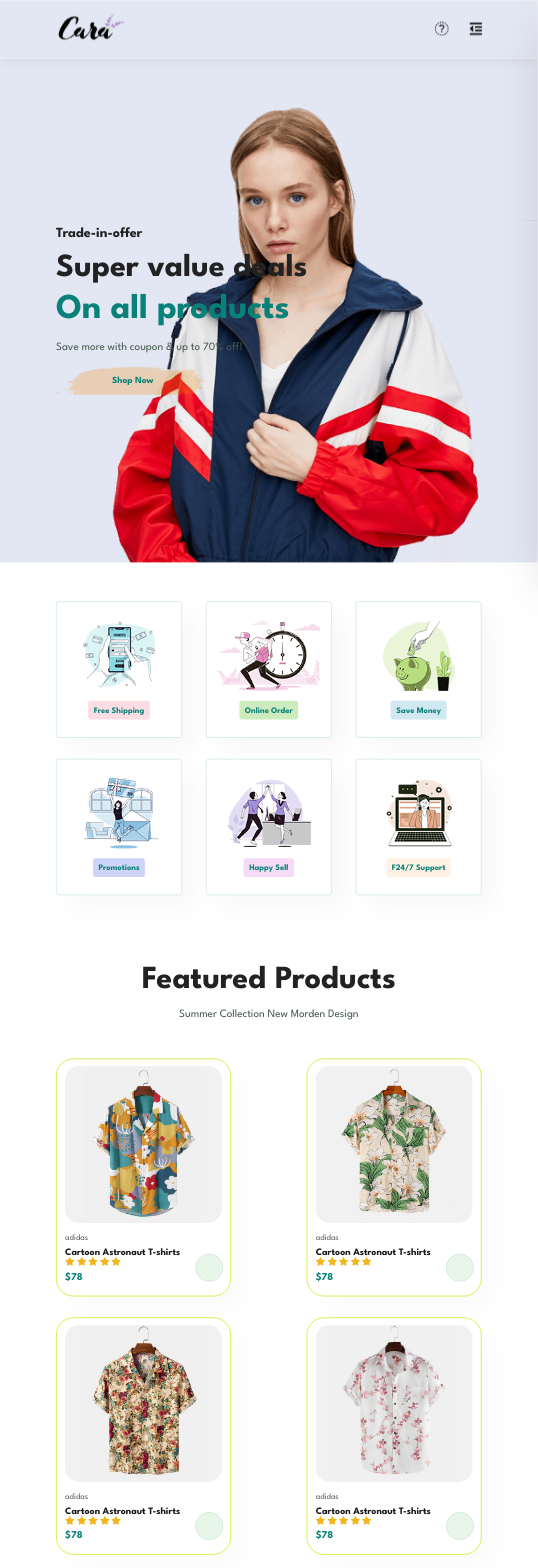
Repository: quy261001/cara
Page: index.html
These files come from the project's save history. The page is drawn as it stood at one moment and after a run of saves; the edit follows.
The browser window is 768 px wide. The pictures show the part of the page from y = 0 to 2240 px (the page is 7417 px tall before and 7257 px after), at 70% of full size.

Above is the page before, as saved 2022-05-02 23:47:13.

After the next 2 saves:
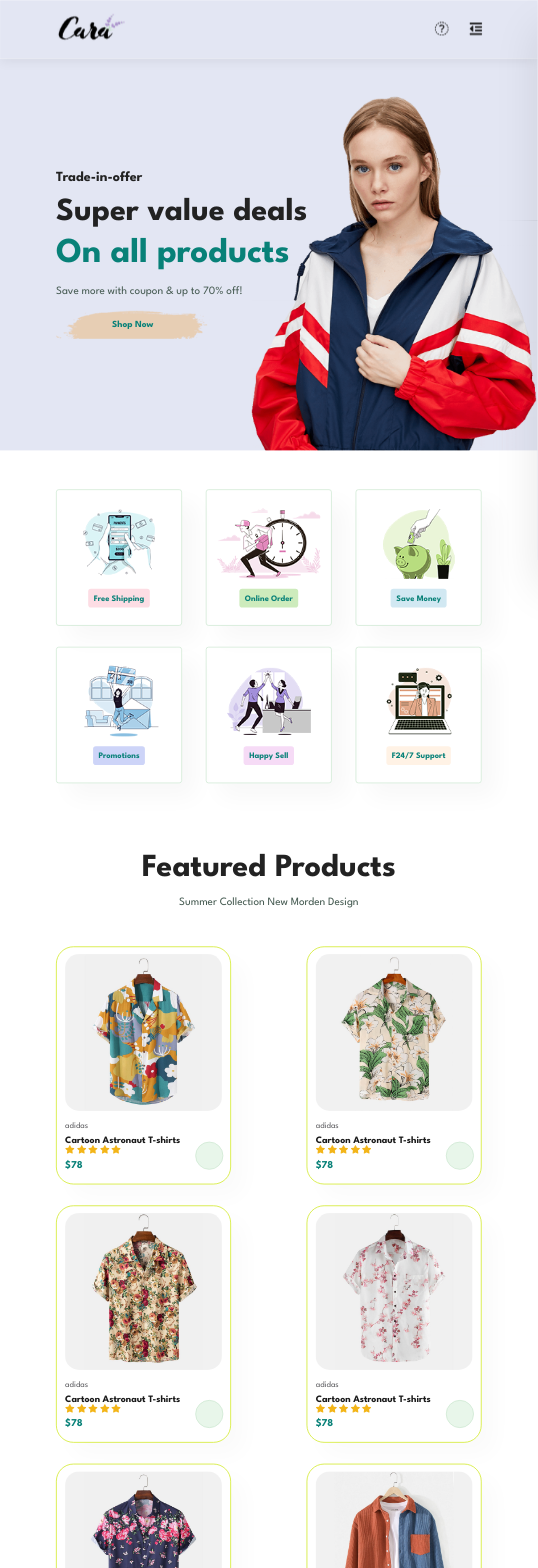
The 2 saves are shown as one change because they came seconds apart.
The last was saved 2 min 8 s later.
--- a/style.css
+++ b/style.css
@@ -527,4 +527,9 @@ footer a:hover {
   .lg-bag {
     display: none;
   }
-}
+  .hero {
+    height: 70vh;
+    padding: 0 80px;
+    background-position: top 30% right 30%;
+  }
+}
